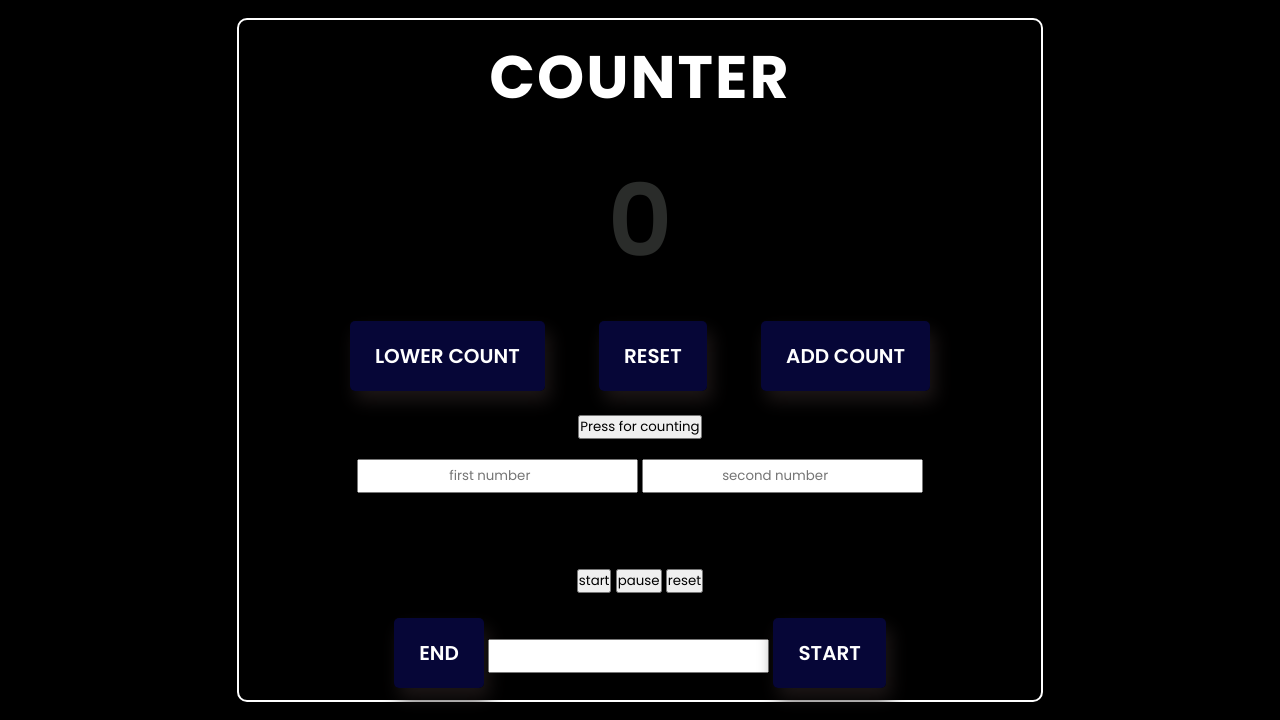
Repository: Seryozha02/Calculator
Page: index.html
These files come from the project's save history. The page is drawn as it stood at one moment and after the next save; the edit follows.
The browser window is 1280 px wide. The pictures show the whole page.

Above is the page before, as saved 2022-02-20 13:37:44.
Not found: script.js

After the next save:
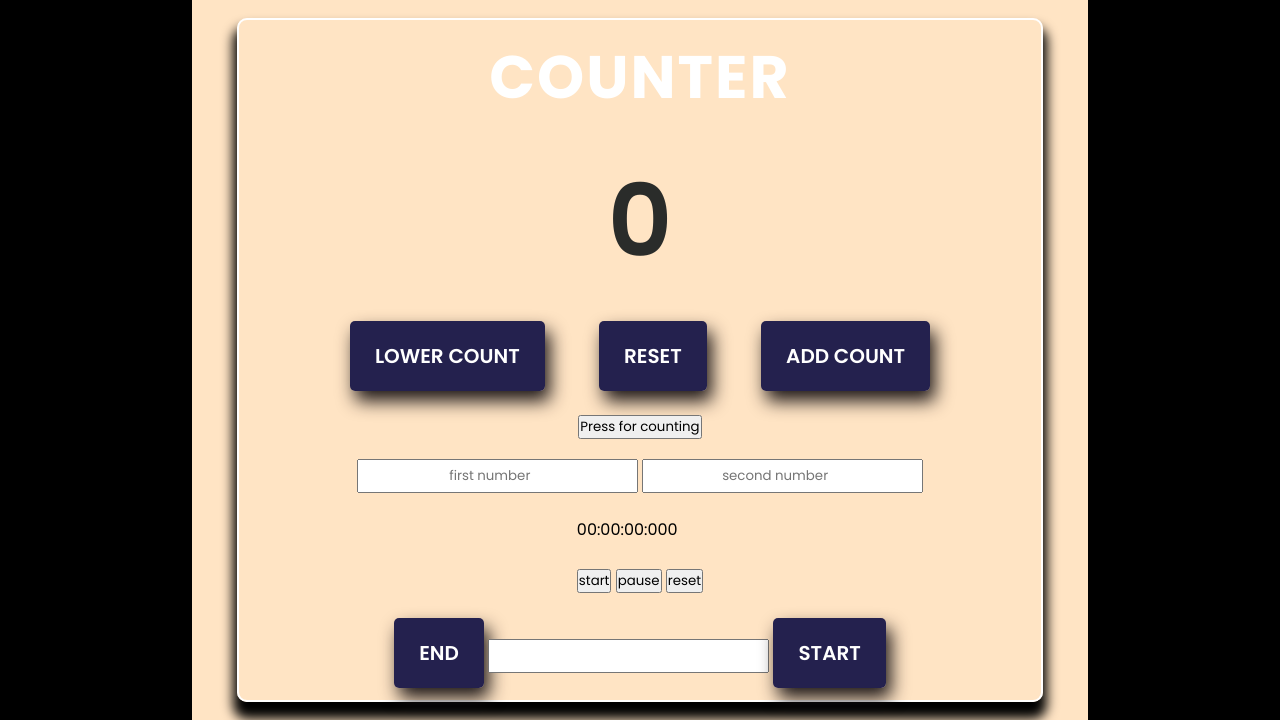
Saved 4 s later.
--- a/style.css
+++ b/style.css
@@ -17,7 +17,7 @@
 }
 
 .parent {
-   background-color:;
+   background-color:bisque;
     position: relative;
     width: 70%;
     height: 100%;
